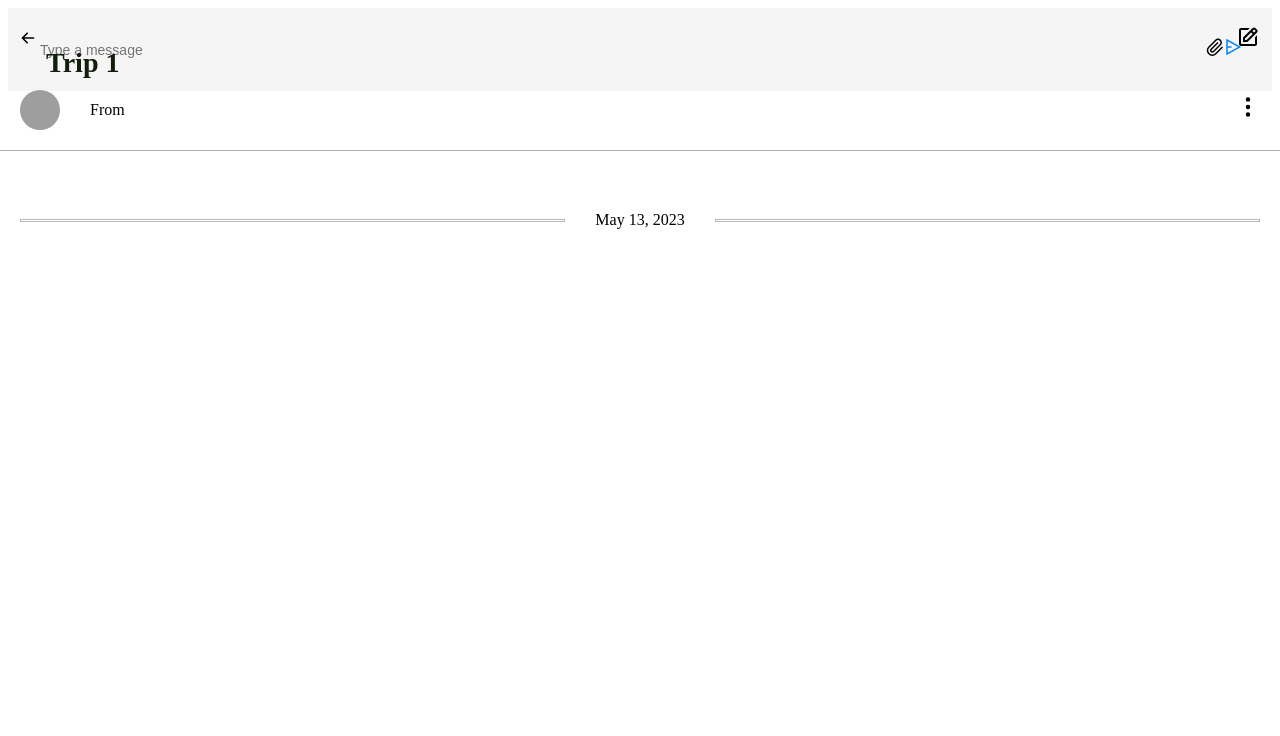
Repository: Abhi2359/PWA_Corider
Page: /
These files come from the project's save history. The page is drawn as it stood at one moment and after the next save; the edit follows.
The browser window is 1280 px wide. The pictures show the whole page.
Pictures or frames that could not be fetched are drawn as grey boxes. The page's requests for data from a server got no answer. The project was rebuilt for these pictures with package versions that can differ from the ones it lists, and the page was loaded fresh each time. No one was signed in, and anything a server would have sent is missing. Also part of the build but not shown: vite.config.js, src/Chat.css, src/Chat.jsx.

Above is the page before, as saved 2023-05-13 14:25:17.

### src/App.jsx
import { useEffect, useState } from "react";
import "./App.css";
import { fetchData } from "./api/fetchData";
import Header from "./Header";
import Chat from "./Chat";
import ChatInput from "./chatInput/ChatInput";

function App() {
  const [data, setData] = useState([]);
  const [isLoading, setIsLoading] = useState(false);
  const [error, setError] = useState(null);
  const [page, setPage] = useState(1);
  const [from, setFrom] = useState("");
  const [to, setTo] = useState("");

  useEffect(() => {
    const fetchDataFromApi = async () => {
      setIsLoading(true);

      try {
        const apiData = await fetchData(page);
        // setFrom(apiData.from);
        // setTo(apiData.to);
        const apiResponse = apiData.chats;
        if (page === 1) {
          setFrom(apiData.from);
          setTo(apiData.to);
        }
        setData(apiResponse);
        s;
      } catch (error) {
        setError(error.message);
      }

      setIsLoading(false);
    };

    fetchDataFromApi();
  }, [page]);

  return (
    <>
      <div className="layout">
        <div className="header_section">
          <Header />
          <div className="chat_container">
            <ul className="chat_list">
              {data &&
                data.map((chat) => (
                  <li key={chat.id}>
                    <Chat message={chat.message} image={chat.sender.image} />
                  </li>
                ))}
            </ul>
            {isLoading && <p>Loading...</p>}
          </div>
        </div>
        <div >
          <footer className="footer">
            <ChatInput />

          </footer>
        </div>
      </div>
    </>
  );
}

export default App;

### src/App.css


.layout{
  height: 100vh;
  display: flex;
  flex-direction: column;
}

/* Header css */
.header_section {
   position: fixed;
  top: 0;
  left: 0;
  right: 0;
  z-index: 999;
  flex-grow: 1;
  width: 100%;

}

.chat_container {
  margin-top: 5px; /* Adjust margin-top to leave space for the fixed header */
  overflow-y: auto;
  height: calc(100vh - 50px); /* Subtract the height of the fixed header */
}

.chat_list {
  list-style-type: none;
  padding: 0;
  margin: 0;
}


.trip{
    display: flex;
    align-items: center;
    justify-content: space-between;
    margin: 10px;
    padding: 10px;
    box-shadow: #adacac;
}
.icon {
    margin-right: 10px;
  }

  .trip_no {
    margin-right: auto;
    margin-bottom: 10px;
    width: 275px;
height: 30px;

font-family: 'Mulish';
font-style: normal;
font-weight: 700;
font-size: 24px;
line-height: 30px;

color: #141E0D;
  }

  .edit_icon {
    margin-left: 10px;
   font-size: 24px;
  }


  .trip_details{
    display: flex;
    align-items: center;
    justify-content: space-between;
    margin: 10px;
    padding: 10px;
}

.user_icon {
    width: 40px;
    height: 40px;
    border-radius: 50%;
    overflow: hidden;
    margin-right: 30px;
  }

  .user_icon img {
    width: 100%;
    height: 100%;
    object-fit: cover;
  }


.travel_data{
    margin-right: auto;
}

.dot_icon{
    margin-left: 10px;
    font-size: 24px;
}
.line {
    border-top: 0.5px solid #adacac;
    margin: 10px 0;
    padding-bottom: 50px;
  }

  .date_container {
    display: flex;
    align-items: center;
  }

  .date-line {
    flex-grow: 1;
 height: 1px;
 border: 1px solid #B7B7B7;
 margin: 0 20px;
  }

  .date {
    margin: 0 10px;
  }

  .footer{


      background-color: #f5f5f5;
      padding: 20px;
      text-align: center;

  }

### src/api/fetchData.jsx
import axios from "axios";

const API_URL = "http://3.111.128.67/assignment/chat";

export const fetchData = async (page) => {
    try {
      const response = await axios.get(`http://3.111.128.67/assignment/chat?page=${page}`, {
        params: { page },
      });
      return response.data;
    } catch (error) {
      throw new Error('Error while fetching data');
    }
  };

### src/Header.jsx
import React from "react";
import { HiArrowLeft } from "react-icons/hi";
import { BiEdit } from "react-icons/bi";
import { BsThreeDotsVertical } from "react-icons/bs";
import styles from "./App.css";
const Header = ({from,to}) => {
  return (
    <>
      <div className="header">
        <div className="trip">
          <div className="icon">
            <HiArrowLeft />
          </div>
          <div className="trip_no">
            <h3>Trip 1</h3>
          </div>
          <div className="edit_icon">
            <BiEdit />
          </div>
        </div>
        <div className="trip_details">
          <div className="user_icon">
            <img
              src="https://fastly.picsum.photos/id/1072/160/160.jpg?hmac=IDpbpA5neYzFjtkdFmBDKXwgr-907ewXLa9lLk9JuA8"
              alt=""
            />
          </div>
          <div className="travel_data">From {from}</div>
          <div className="dot_icon">
            <BsThreeDotsVertical />
          </div>
        </div>
        <div className="line"></div>
        <div className="date_container">
          <div className="date-line"></div>
          <div className="date">May 13, 2023</div>
          <div className="date-line"></div>
        </div>
      </div>
    </>
  );
};

export default Header;

### src/chatInput/ChatInput.jsx
import React from 'react'
import {GrAttachment}  from "react-icons/gr"
import {RiSendPlane2Line}  from "react-icons/ri"
import styles from "./ChatInput.css"
const ChatInput = () => {
  return (
  <>
  <footer>

  <div class="chat-input-container">
  <input type="text" class="chat-input" placeholder="Type a message"/>
  <div class="icon-container">
   <div className="attachment"><GrAttachment/></div>
   <div className="send"><RiSendPlane2Line/></div>
  </div>
</div>
  </footer>

  </>
  )
}

export default ChatInput

### src/chatInput/ChatInput.css
.chat-input-container {
    display: flex;
    align-items: center;
    background-color: #f5f5f5;
    padding: 10px;
  }

  .icon-container {
    display: flex;
    align-items: center;
  }

  .chat-input {
    flex-grow: 1;
    border: none;
    outline: none;
    background-color: transparent;
    font-size: 14px;
    margin-right: 10px;
  }

  /* Adjust the icon styles as needed */
  .icon-container i {
    margin-right: 5px;
    color: #888;
    cursor: pointer;
  }

  /* Styling specifically for the attachment and send icons */
  .attachment {
    font-size: 18px;
  }

  .send {
    color: #0084ff;
    font-size: 18px;
  }

Loaded but not shown: index.html (common file); src/main.jsx (common file)

After the next save:
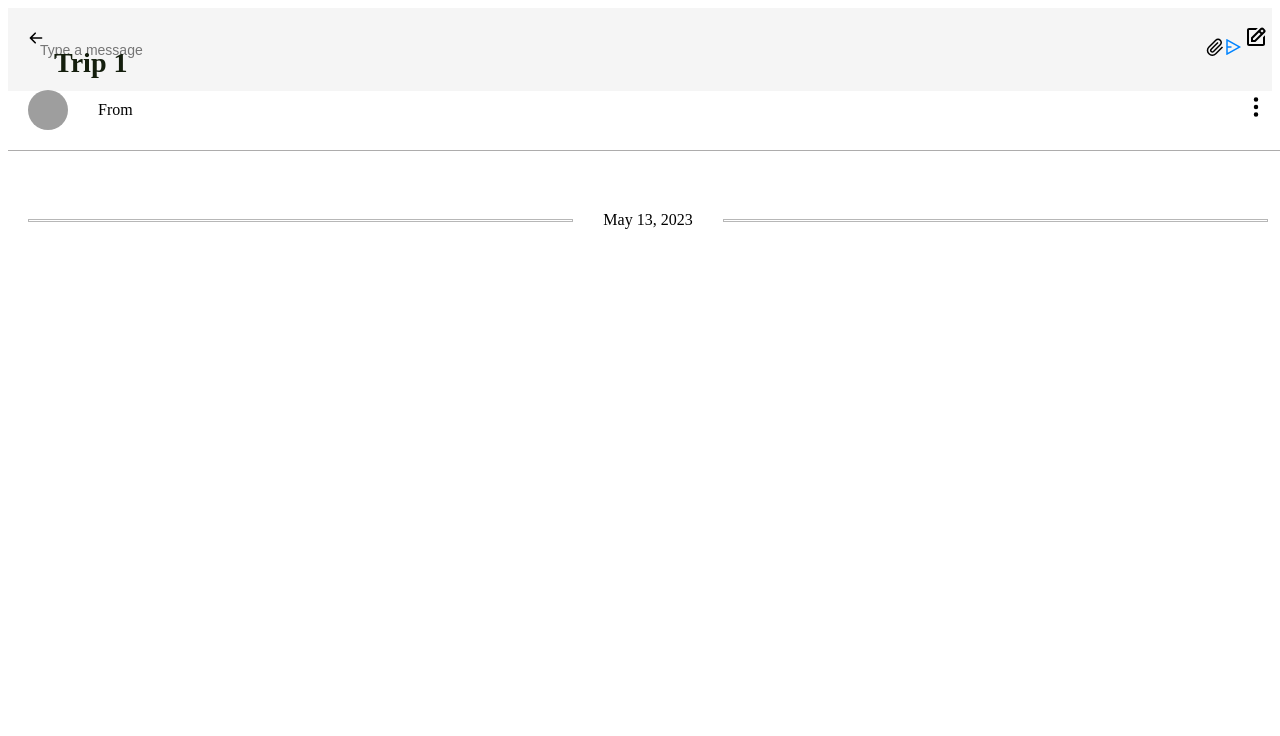
Saved 10 s later.
--- a/src/App.css
+++ b/src/App.css
@@ -10,8 +10,7 @@
 .header_section {
    position: fixed;
   top: 0;
-  left: 0;
-  right: 0;
+
   z-index: 999;
   flex-grow: 1;
   width: 100%;
